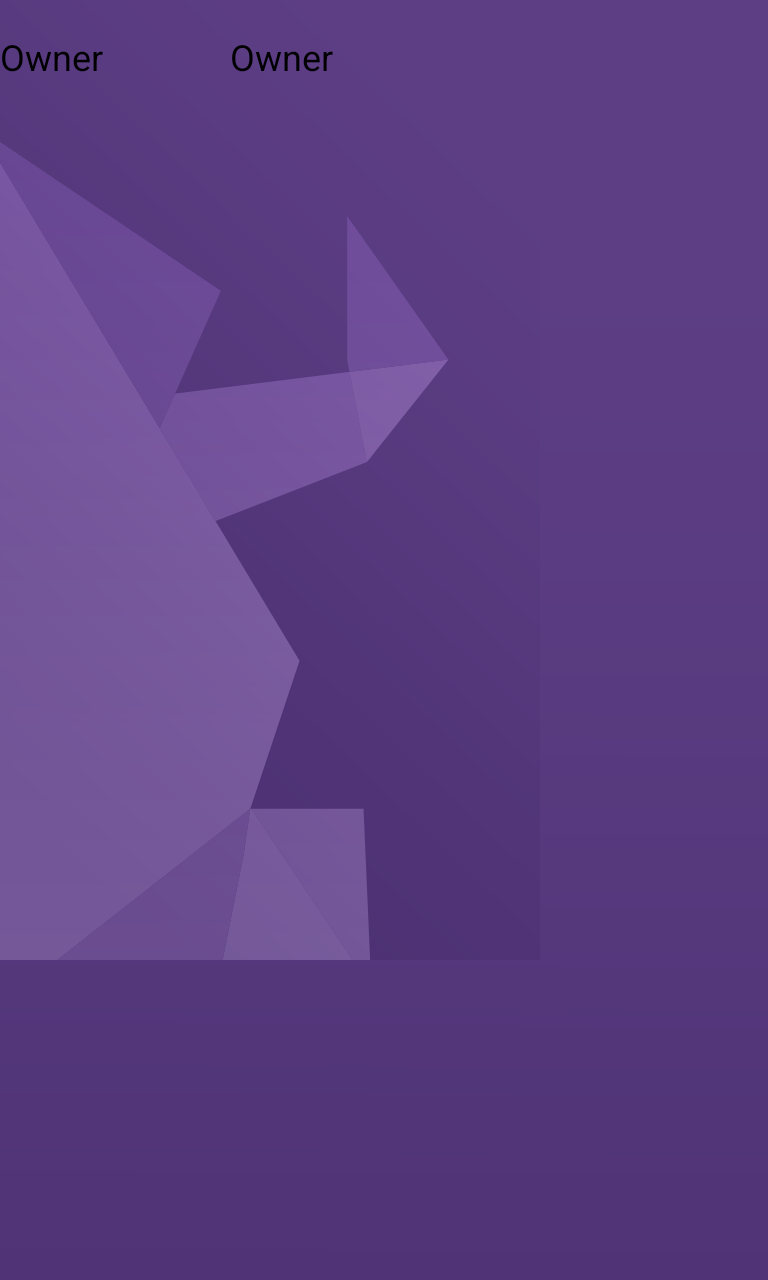
Repository: walteranyika/personal
Layout: PikiPiki/res/layout/activity_details.xml
An editor plug-in stored every save of this project. The layout is shown before and after the next save, followed by the edit.
It is drawn on a 768 x 1280 px phone screen (xhdpi) without system bars, with theme AppTheme; the app's code is not run.

Above is the layout before, as saved 2015-11-06 07:16:10.

After the next save:
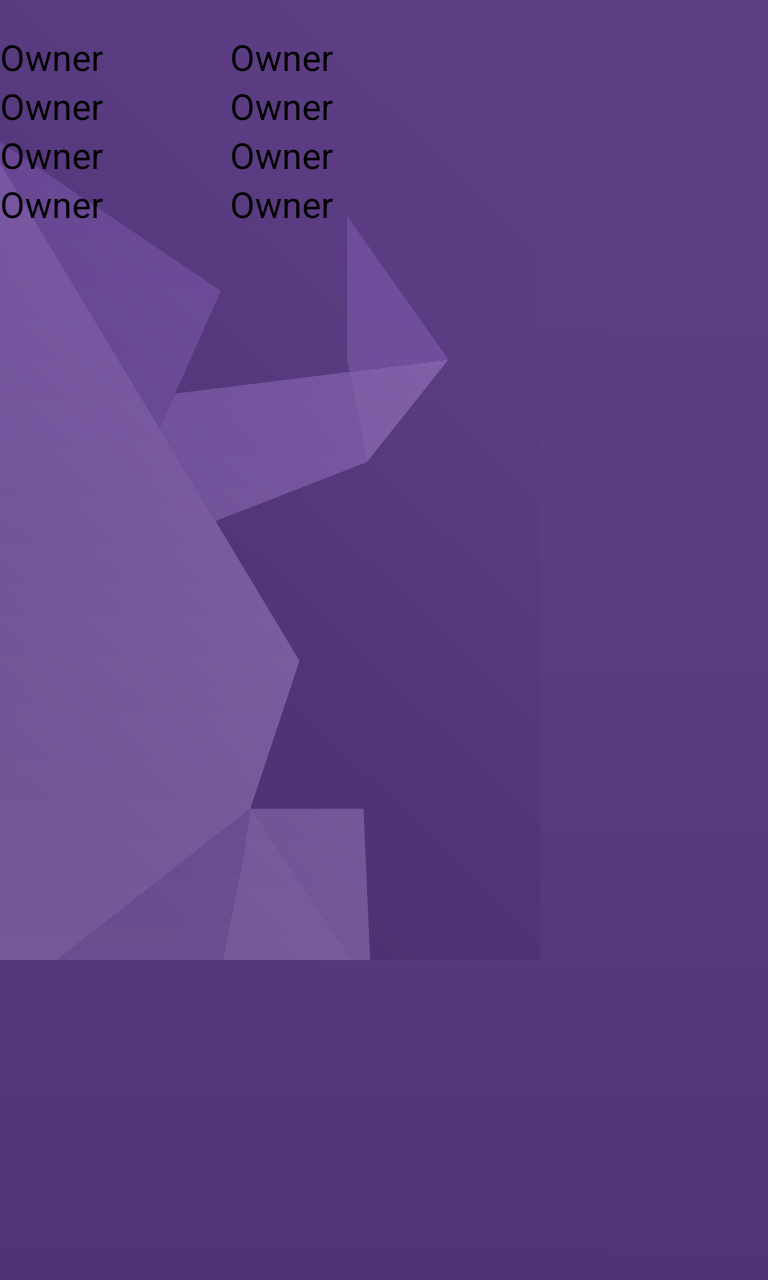
Saved 97 s later.
--- a/PikiPiki/res/layout/activity_details.xml
+++ b/PikiPiki/res/layout/activity_details.xml
@@ -37,5 +37,76 @@
             android:textAppearance="?android:attr/textAppearanceMedium" />
     </LinearLayout>
 
+    <LinearLayout
+        android:id="@+id/LinearLayout01"
+        android:layout_width="fill_parent"
+        android:layout_height="wrap_content"
+        android:layout_alignParentLeft="true"
+        android:layout_below="@+id/linearLayout1" >
+
+        <TextView
+            android:id="@+id/TextView01"
+            android:layout_width="0dp"
+            android:layout_height="wrap_content"
+            android:layout_weight="0.3"
+            android:text="@string/owner"
+            android:textAppearance="?android:attr/textAppearanceMedium" />
+
+        <TextView
+            android:id="@+id/TextView02"
+            android:layout_width="0dp"
+            android:layout_height="wrap_content"
+            android:layout_weight="0.7"
+            android:text="@string/owner"
+            android:textAppearance="?android:attr/textAppearanceMedium" />
+    </LinearLayout>
+
+    <LinearLayout
+        android:id="@+id/LinearLayout02"
+        android:layout_width="fill_parent"
+        android:layout_height="wrap_content"
+        android:layout_alignParentLeft="true"
+        android:layout_below="@+id/LinearLayout01" >
+
+        <TextView
+            android:id="@+id/TextView03"
+            android:layout_width="0dp"
+            android:layout_height="wrap_content"
+            android:layout_weight="0.3"
+            android:text="@string/owner"
+            android:textAppearance="?android:attr/textAppearanceMedium" />
+
+        <TextView
+            android:id="@+id/TextView04"
+            android:layout_width="0dp"
+            android:layout_height="wrap_content"
+            android:layout_weight="0.7"
+            android:text="@string/owner"
+            android:textAppearance="?android:attr/textAppearanceMedium" />
+    </LinearLayout>
+
+    <LinearLayout
+        android:id="@+id/LinearLayout03"
+        android:layout_width="fill_parent"
+        android:layout_height="wrap_content"
+        android:layout_alignParentLeft="true"
+        android:layout_below="@+id/LinearLayout02" >
+
+        <TextView
+            android:id="@+id/TextView05"
+            android:layout_width="0dp"
+            android:layout_height="wrap_content"
+            android:layout_weight="0.3"
+            android:text="@string/owner"
+            android:textAppearance="?android:attr/textAppearanceMedium" />
+
+        <TextView
+            android:id="@+id/TextView06"
+            android:layout_width="0dp"
+            android:layout_height="wrap_content"
+            android:layout_weight="0.7"
+            android:text="@string/owner"
+            android:textAppearance="?android:attr/textAppearanceMedium" />
+    </LinearLayout>
 
 </RelativeLayout>
